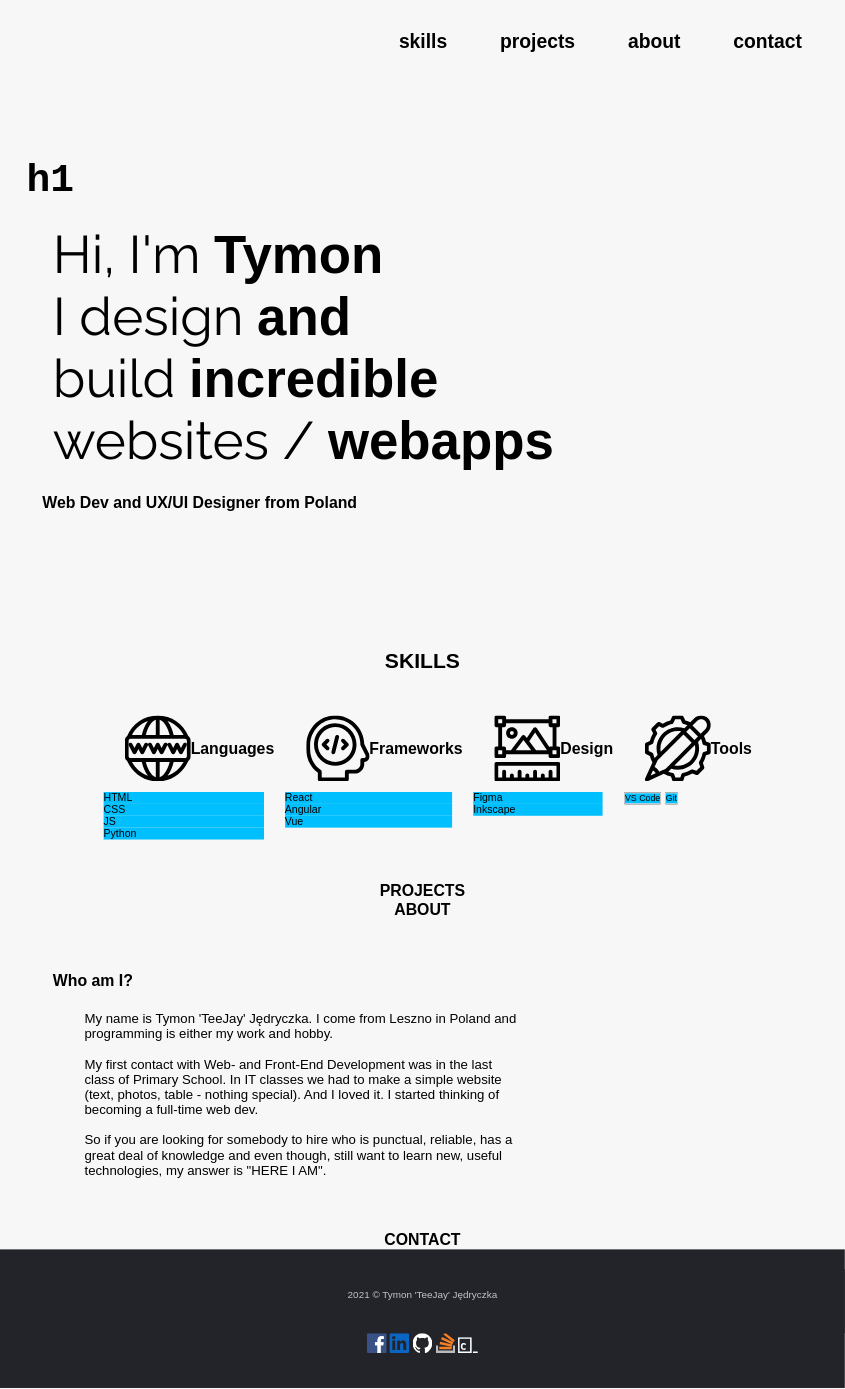
Repository: TeeJaysDev/Portfolio
Page: index.html
The author's editor kept a copy of each file at every save. The page is drawn from the files as they stood at one save, then again after the next save.
The browser window is 1280 px wide. The pictures show the whole page, at 66% of full size.

Above is the page before, as saved 2021-04-23 22:31:39.

### index.html
<!DOCTYPE html>
<html lang="en">
<head>
    <meta charset="UTF-8">
    <meta http-equiv="X-UA-Compatible" content="IE=edge">
    <meta name="viewport" content="width=device-width, initial-scale=1.0">
    <script type="text/javascript" src="script.js"></script>
    <link rel="stylesheet" href="style.css">
    <link href="https://fonts.googleapis.com/css2?family=Raleway&display=swap" rel="stylesheet">
    <link href="https://fonts.googleapis.com/css2?family=Quicksand:wght@700&display=swap" rel="stylesheet">
    <title>Tymon Jędryczka | Portfolio</title>
</head>
<body>
    <header>
    </header>
    <nav>
        <a href="#skills"><h3>skills</h3></a>
        <a href="#projects"><h3>projects</h3></a>
        <a href="#about"><h3>about</h3></a>
        <a href="#contact"><h3>contact</h3></a>
    </nav>
    <main>
        <h2 class="welcome_part_h1">h1</h2>
        <h1 class="welcome_part">
            Hi, I'm <strong>Tymon</strong><br>
            I design <strong>and</strong><br>
            build <strong>incredible</strong><br>
            websites / <strong>webapps</strong>
        </h1>
        <h2 class="welcome_part_h2">
            Web Dev and UX/UI Designer from Poland
        </h2>
    </main>
    <div class="main">
        <center>
            <h1>
                SKILLS
            </h1>
        </center>
    <section id="skills">
        <div class="languages">
            <div class="box">
                <div class="imageh2">
                    <img src="Images/svg/languages.svg">
                    <h2>Languages</h2>
                </div>
                <div class="text">
                    <li>HTML</li>
                    <li>CSS</li>
                    <li>JS</li>
                    <li>Python</li>
                </div>
            </div>
        </div>
        <div class="frameworks">
            <div class="box">
                <div class="imageh2">
                    <img src="Images/svg/frameworks.svg">
                    <h2>Frameworks</h2>
                </div>
                <div class="text">
                    <li>React</li>
                    <li>Angular</li>
                    <li>Vue</li>
                </div>
            </div>
        </div>
        <div class="design">
            <div class="box">
                <div class="imageh2">
                    <img src="Images/svg/design.svg">
                    <h2>Design</h2>
                </div>
                <div class="text">
                    <li>Figma</li>
                    <li>Inkscape</li>
                </div>
            </div>
        </div>
        <div class="tools">
            <div class="box">
                <div class="imageh2">
                    <img src="Images/svg/tools.svg">
                    <h2>Tools</h2>
                </div>
                <div class="text">
                    <button><li>VS Code</li></button>
                    <button><li>Git</li></button>
                </div>
            </div>
        </div>
    </section>
    <section id="projects">
        <center>
            <h1>
                PROJECTS
            </h1>
        </center>
    </section>
    <section id="about">
        <center>
            <h1>
                ABOUT
            </h1>
        </center>
        <h2>
            Who am I?
        </h2>
        <p>
            My name is Tymon 'TeeJay' Jędryczka. I come from Leszno in Poland and programming is either my work and hobby.
            <br><br>
            My first contact with Web- and Front-End Development was in the last class of Primary School. In IT classes we had to make a simple website (text, photos, table - nothing special). And I loved it. I started thinking of becoming a full-time web dev.
            <!-- <br><br> I am also a self-taught dev and with CodeCademy and YouTube I get knowledge of HTML5, CSS3, JS, and its frameworks (React, Angular, Vue). I call myself a 2-in-1 developer 'cause I design things (usually in Figma) and then make them real by writing some code. -->
            <br><br>
            So if you are looking for somebody to hire who is punctual, reliable, has a great deal of knowledge and even though, still want to learn new, useful technologies, my answer is "HERE I AM".
        </p>
    </section>
    <section id="contact">
        <center>
            <h1>
                CONTACT
            </h1>
        </center>
    </section>
    <footer>
        <h4>2021 &copy; Tymon 'TeeJay' Jędryczka</h4>
        <li><a href="https://facebook.com/tymonjedr/" target="_blank"><img src="Images/svg/facebook.svg" alt="Facebook LOGO"></a></li>
        <li><a href="https://linkedin.com/in/tymon-jedryczka/" target="_blank"><img src="Images/svg/linkedin.svg" alt="LinkedIn LOGO"></a></li>
        <li><a href="https://github.com/TeeJaysDev" target="_blank"><img src="Images/svg/github.svg" alt="GitHub LOGO"></a></li>
        <li><a href="https://stackoverflow.com/users/15029595/teejaysdev" target="_blank"><img src="Images/svg/stack.svg" alt="Stack LOGO"></a></li>
        <li><a href="https://codecademy.com/profiles/TeeJaysDev" target=”_blank”><img src="Images/svg/codecademy.svg" alt="CodeCademy LOGO"></a></li>
    </footer>
</body>
</html>

### style.css
* {
    margin: 0;
    padding: 0;
    font-family: sans-serif;
    text-decoration: none;
}

body {
    background-color: #F7F7F7;
}

nav {
    display: flex;
    justify-content: flex-end;
    margin-right: 0rem;
    margin-top: 0rem;
}

nav a {
    color: #000000;
    padding: 0.938rem;
    margin-top: 2rem;
    margin-right: 3.125rem;
    font-size: 1.563rem;
}

 main .welcome_part_h1 {
    font-family: monospace;
    font-size: 3.75rem;
    margin-top: 9rem;
    margin-left: 2.5rem;
    margin-bottom: 0rem;
}

main .welcome_part {
    margin-top: 2rem;
    margin-left: 5rem;
    margin-bottom: 2rem;
    font-family: Raleway;
    font-weight: lighter;
    font-size: 5rem;
    min-width: 18ch;
}

main .welcome_part_h2 {
    margin-bottom: 13rem;
    margin-left: 4rem;
}

#skills {
    display: flex;
    justify-content: center;
}

.box {

}

.imageh2 {
    display: flex;
    align-items: center;
    margin-left: 3rem;
    margin-top: 4rem;
}

.text {
    list-style: none;
    margin: 1rem;
}

.text li {
    background-color: #00BFFF;
}

#about p {
    font-size: 1.25rem;
    max-width: 60ch;
    margin-left: 8rem;
    margin-bottom: 5rem;
    margin-top: 2rem;
}

#about h2 {
    margin-left: 5rem;
    margin-top: 5rem;
}

#projects h1 {
    width: 15%;
    margin-top: 3rem;
}

#about h1 {
    width: 15%;
}

#contact h1 {
    width: 17%;
}

footer, footer h4 {
    color: #C5C4C6;
    background-color: #232429;
    font-family: Arial, Helvetica, sans-serif;
    font-size: 0.938rem;
    font-weight: lighter;
    text-align: center;
    z-index: -1;
    padding-top: 1.875rem;
    padding-bottom: 3.125rem;
}

footer li{
    margin: 0 1.25;
    display: inline;
}

body .error {
    text-align: center;
}

.error p {
    font-family: Quicksand;
    font-weight: 700;
    color: #000000;
    font-size: 20rem;
    margin-top: 5rem;
}

.error button a {
    text-decoration: none;
    text-align: center;
    color: #000000;
    font-size: 2rem;
    padding: 3rem;
}

.error .mainError {
    display: flex;
    text-align: center;
    margin-left: 40rem;
    margin-right: auto;
}

.error img {
    width: 250px;
}

.error button {
    margin-top: 10rem;
}
/* Smartphone (portrait) --- */

@media only screen
and (min-width: 320px)
and (max-width: 767px) {

    nav {
        display: flex;
        justify-content: flex-end;
        margin-right: 1rem;
        margin-top: 0rem;
    }

    nav a {
        padding: 0.938rem;
        margin-top: 2rem;
        margin-right: -1rem;
        font-size: 1rem;
    }

     main .welcome_part_h1 {
        font-family: monospace;
        font-size: 2.5rem;
        margin-top: 9rem;
        margin-left: 1rem;
    }

    main .welcome_part {
        margin-top: 1rem;
        margin-left: 2rem;
        margin-bottom: 2rem;
        font-size: 1.63rem;
        min-width: 18ch;
    }

    main .welcome_part_h2 {
        margin-bottom: 10rem;
        margin-left: 2rem;
        font-size: 1rem;
    }

    section h1 {
        font-size: 3rem;
        margin-bottom: 1.563rem;
    }

    #about p {
        font-size: 1.25rem;
        max-width: 22ch;
        margin-left: 2rem;
        margin-bottom: 5rem;
    }

    #about h2 {
        margin-left: 2rem;
        margin-top: 5rem;
    }

    footer, footer h4 {
        padding-top: 1.875rem;
        padding-bottom: 3.125rem;
        width: 100%;
    }

    footer li{
        margin: 0 1.25;
        display: inline;
    }
}



@media only screen
and (min-width: 768px)
and (max-width: 1024px)
and (orientation: portrait) {

    * {
        margin: 0;
        padding: 0;
        font-family: sans-serif;
        text-decoration: none;
    }

    body {
        background-color: #F7F7F7;
    }

    nav {
        display: flex;
        justify-content: flex-end;
        margin-right: 0rem;
        margin-top: 0rem;
    }

    nav a {
        color: #000000;
        padding: 0.938rem;
        margin-top: 2rem;
        margin-right: 3.125rem;
        font-size: 1.563rem;
    }

     main .welcome_part_h1 {
        font-family: monospace;
        font-size: 3.75rem;
        margin-top: 13rem;
        margin-left: 2.5rem;
        margin-bottom: 0rem;
    }

    main .welcome_part {
        margin-top: 2rem;
        margin-left: 5rem;
        margin-bottom: 2rem;
        font-family: Raleway;
        font-weight: lighter;
        font-size: 3.9rem;
        min-width: 18ch;
    }

    main .welcome_part_h2 {
        margin-bottom: 20rem;
        margin-left: 4rem;
    }

    #about p {
        font-size: 1.25rem;
        max-width: 45ch;
        margin-left: 8rem;
        margin-bottom: 5rem;
    }

    #about h2 {
        margin-left: 5rem;
        margin-top: 5rem;
    }

    #projects h1 {
        width: 15%;
        margin-top: 3rem;
    }

    #about h1 {
        width: 15%;
    }

    #contact h1 {
        width: 17%;
    }

    footer, footer h4 {
        color: #C5C4C6;
        background-color: #232429;
        font-family: Arial, Helvetica, sans-serif;
        font-size: 0.938rem;
        font-weight: lighter;
        text-align: center;
        z-index: -1;
        width: 100%;
        padding-top: 1.875rem;
        padding-bottom: 3.125rem;
    }

    body .error {
        text-align: center;
    }

    .error p {
        font-family: Quicksand;
        font-weight: 700;
        color: #000000;
        font-size: 20rem;
        margin-top: 5rem;
    }

    .error button a {
        text-decoration: none;
        text-align: center;
        color: #000000;
        font-size: 2rem;
        padding: 3rem;
    }

    .error .mainError {
        display: flex;
        text-align: center;
        margin-left: 40rem;
        margin-right: auto;
    }

    .error img {
        width: 250px;
    }

    .error button {
        margin-top: 10rem;
    }
}

@media only screen
and (min-width: 953)
and (max-width: 1230) {
     p {
        margin-left: 1rem;
    }
}

@media only screen
and (min-width: 550px)
and (max-width: 700px) {
    main .welcome_part_h1 {
        font-family: monospace;
        font-size: 3.75rem;
        margin-top: 13rem;
        margin-left: 2.5rem;
        margin-bottom: 0rem;
    }

    main .welcome_part {
        margin-top: 2rem;
        margin-left: 5rem;
        margin-bottom: 2rem;
        font-size: 2.6rem;
    }

    main .welcome_part_h2 {
        margin-bottom: 20rem;
        margin-left: 4rem;
    }
}

@media only screen
and (min-width: 1920px) {
    main .welcome_part_h1 {
        font-family: monospace;
        font-size: 3.75rem;
        margin-top: 13rem;
        margin-left: 2.5rem;
        margin-bottom: 0rem;
    }

    main .welcome_part {
        margin-top: 2rem;
        margin-left: 5rem;
        margin-bottom: 2rem;
        font-size: 5rem;
    }

    main .welcome_part_h2 {
        margin-bottom: 20rem;
        margin-left: 4rem;
        font-size: 2.5rem;
    }
}

Loaded but not shown: script.js (no stored copy; drawn as an empty file)

After the next save:
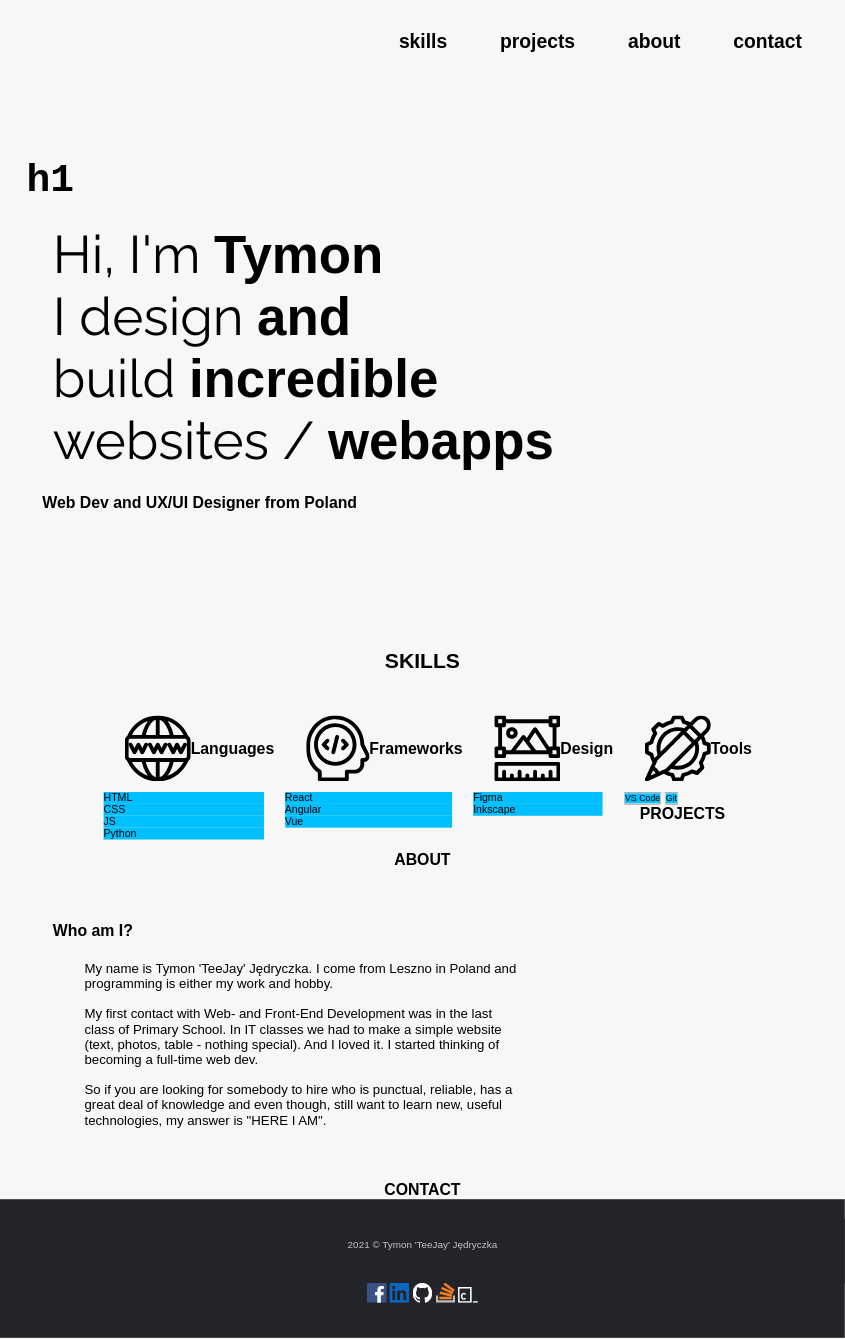
Saved 5 s later.
--- a/index.html
+++ b/index.html
@@ -86,11 +86,6 @@
                 <div class="text">
                     <button><li>VS Code</li></button>
                     <button><li>Git</li></button>
-                </div>
-            </div>
-        </div>
-    </section>
-    <section id="projects">
         <center>
             <h1>
                 PROJECTS

After the save that followed:
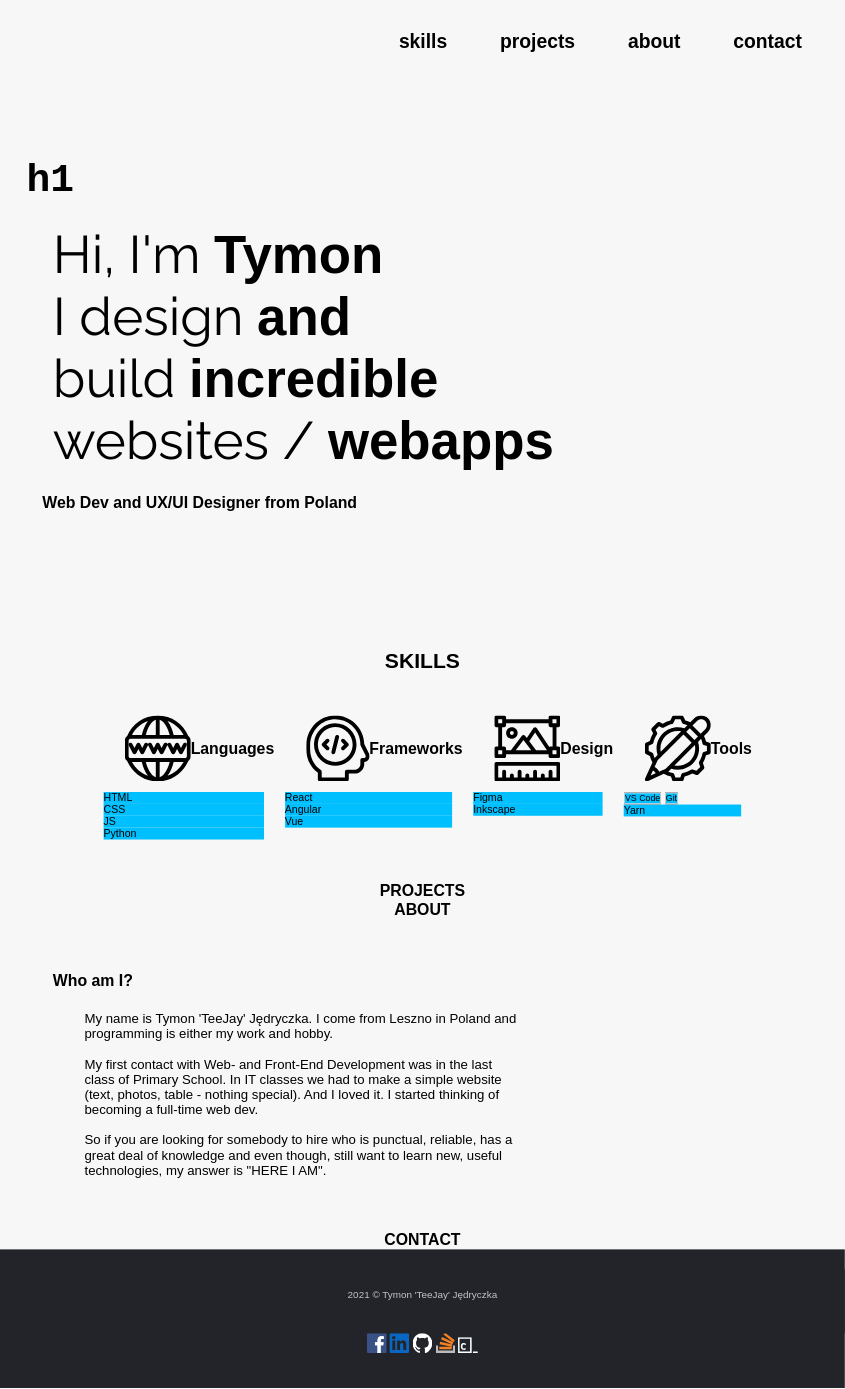
Saved 5 s later.
--- a/index.html
+++ b/index.html
@@ -86,6 +86,12 @@
                 <div class="text">
                     <button><li>VS Code</li></button>
                     <button><li>Git</li></button>
+                    <li>Yarn</li>
+                </div>
+            </div>
+        </div>
+    </section>
+    <section id="projects">
         <center>
             <h1>
                 PROJECTS
